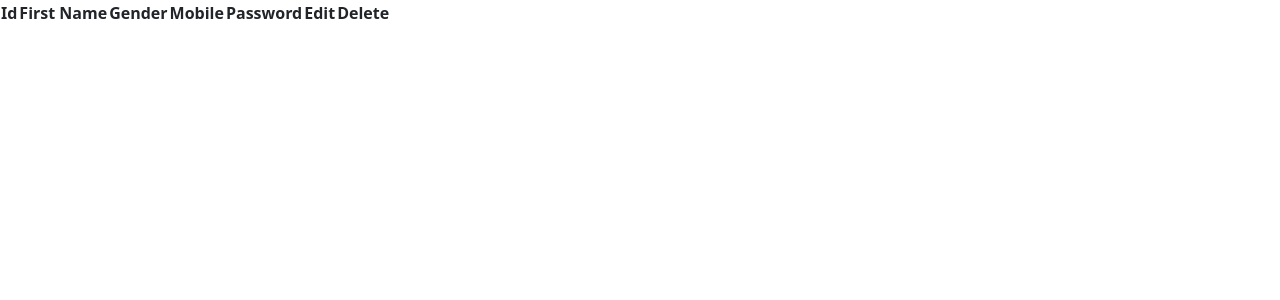
Repository: Manantop123/test
Page: http://localhost/website/show.jsp
The author's editor kept a copy of each file at every save. The page is drawn from the files as they stood at one save, then again after the next save.
The browser window is 1280 px wide. The pictures show the whole page.
The page is served by Tomcat 9. Other server files are loaded and not shown. Queries for data that is not in the repository find no rows.

Above is the page before, as saved 2022-10-30 11:35:54.

### website/WebContent/show.jsp
<%@page import="com.dao.empdao"%>
<%@page import="com.bean.employee"%>
<%@page import="java.util.List"%>
<%@ page language="java" contentType="text/html; charset=ISO-8859-1"
    pageEncoding="ISO-8859-1"%>
<!DOCTYPE html>
<html>
<head>
<meta charset="ISO-8859-1">
<title>Insert title here</title>
<!-- CSS only -->
<link href="https://cdn.jsdelivr.net/npm/bootstrap@5.2.2/dist/css/bootstrap.min.css" rel="stylesheet" integrity="sha384-Zenh87qX5JnK2Jl0vWa8Ck2rdkQ2Bzep5IDxbcnCeuOxjzrPF/et3URy9Bv1WTRi" crossorigin="anonymous">
<!-- JavaScript Bundle with Popper -->
<script src="https://cdn.jsdelivr.net/npm/bootstrap@5.2.2/dist/js/bootstrap.bundle.min.js" integrity="sha384-OERcA2EqjJCMA+/3y+gxIOqMEjwtxJY7qPCqsdltbNJuaOe923+mo//f6V8Qbsw3" crossorigin="anonymous"></script>
</head>
<body>
<table class="tables">
	<tr>
		<th>Id</th>
		<th>First Name</th>
		<th>Gender</th>
		<th>Mobile</th>
		<th>Password</th>
		<th>Edit</th>
		<th>Delete</th>
	</tr>
		<%
			List<employee> list = empdao.getemp();
			for(employee e : list)
			{
		%>
		<tr>
			<td><%=e.getId()%></td>
			<td><%=e.getFname() %></td>
			<td><%=e.getGender() %></td>
			<td><%=e.getMobile() %></td>
			<td><%=e.getEmail() %></td>
			<td><%=e.getPassword() %></td>
			<td></td>
		<form name="edit" method="post" action="empcontroller">
				<td>
					<input type="hidden" name="id" value=<%=e.getId()%>>
					<input type="submit" name="action" value="edit">
				</td>
		</form>
		<form name="delete" method="post" action="empcontroller">
				<td>
					<input type="hidden" name="id" value=<%=e.getId()%>>
					<input type="submit" name="action" value="delete">
				</td>
		</form>
		</tr>
		<%
			}
		%>
</table>
</body>
</html>

### website/src/com/dao/empdao.java
package com.dao;


import java.sql.Connection;
import java.sql.PreparedStatement;
import java.sql.ResultSet;
import java.util.ArrayList;
import java.util.List;

import com.bean.employee;
import com.util.emputil;

public class empdao {
	public static void insertemployee(employee e1)
	{
		try
		{
			Connection conn = emputil.createConnection();
			String sql ="insert into employee(fname,gender,mobile,email,password) values(?,?,?,?,?)";
			PreparedStatement pst = conn.prepareStatement(sql);
			pst.setString(1, e1.getFname());
			pst.setString(2, e1.getGender());
			pst.setLong(3, e1.getMobile());
			pst.setString(4, e1.getEmail());
			pst.setString(5, e1.getPassword());
			pst.executeUpdate();
		}
		catch(Exception e2)
		{
			e2.printStackTrace();
		}
	}
	public static List<employee> getemp()
	{
		List<employee> list = new ArrayList<employee>();
		try
		{
			Connection conn = emputil.createConnection();
			String sql ="select * from employee";
			PreparedStatement pst = conn.prepareStatement(sql);
			ResultSet rs = pst.executeQuery();

			while(rs.next())
			{
				employee e1 = new employee();
				e1.setId(rs.getInt("id"));
				e1.setFname(rs.getString("fname"));
				e1.setGender(rs.getString("gender"));
				e1.setMobile(rs.getLong("mobile"));
				e1.setEmail(rs.getString("email"));
				e1.setPassword(rs.getString("password"));
				list.add(e1);
			}


		}
		catch(Exception e2)
		{
			e2.printStackTrace();
		}
		return list;
	}
}

### website/src/com/util/emputil.java
package com.util;

import java.sql.Connection;
import java.sql.DriverManager;
import java.util.*;


public class emputil {
	public static Connection createConnection()
	{
		Connection conn = null;
		try
		{
			Class.forName("com.mysql.jdbc.Driver");
			conn = DriverManager.getConnection("jdbc:mysql://localhost:3306/newwebsite", "root" , "" );
		}
		catch (Exception e) {
			e.printStackTrace();
		}
		return conn;
	}
}

After the next save:
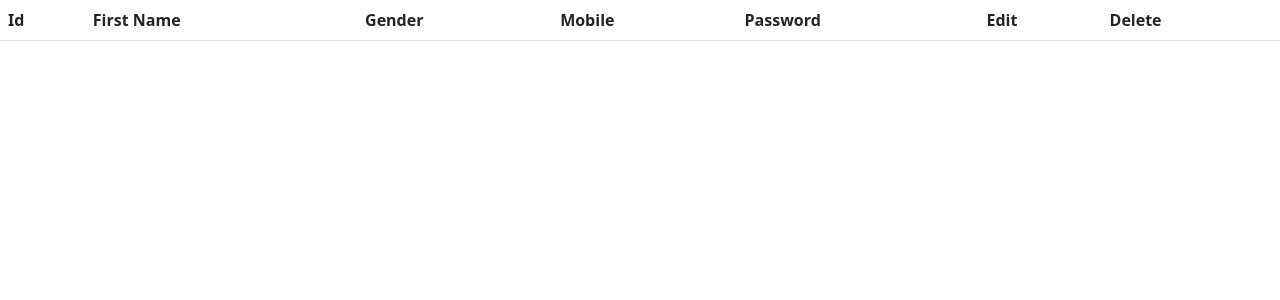
Saved 10 s later.
--- a/website/WebContent/show.jsp
+++ b/website/WebContent/show.jsp
@@ -14,7 +14,7 @@
 <script src="https://cdn.jsdelivr.net/npm/bootstrap@5.2.2/dist/js/bootstrap.bundle.min.js" integrity="sha384-OERcA2EqjJCMA+/3y+gxIOqMEjwtxJY7qPCqsdltbNJuaOe923+mo//f6V8Qbsw3" crossorigin="anonymous"></script>
 </head>
 <body>
-<table class="tables">
+<table class="table">
 	<tr>
 		<th>Id</th>
 		<th>First Name</th>
